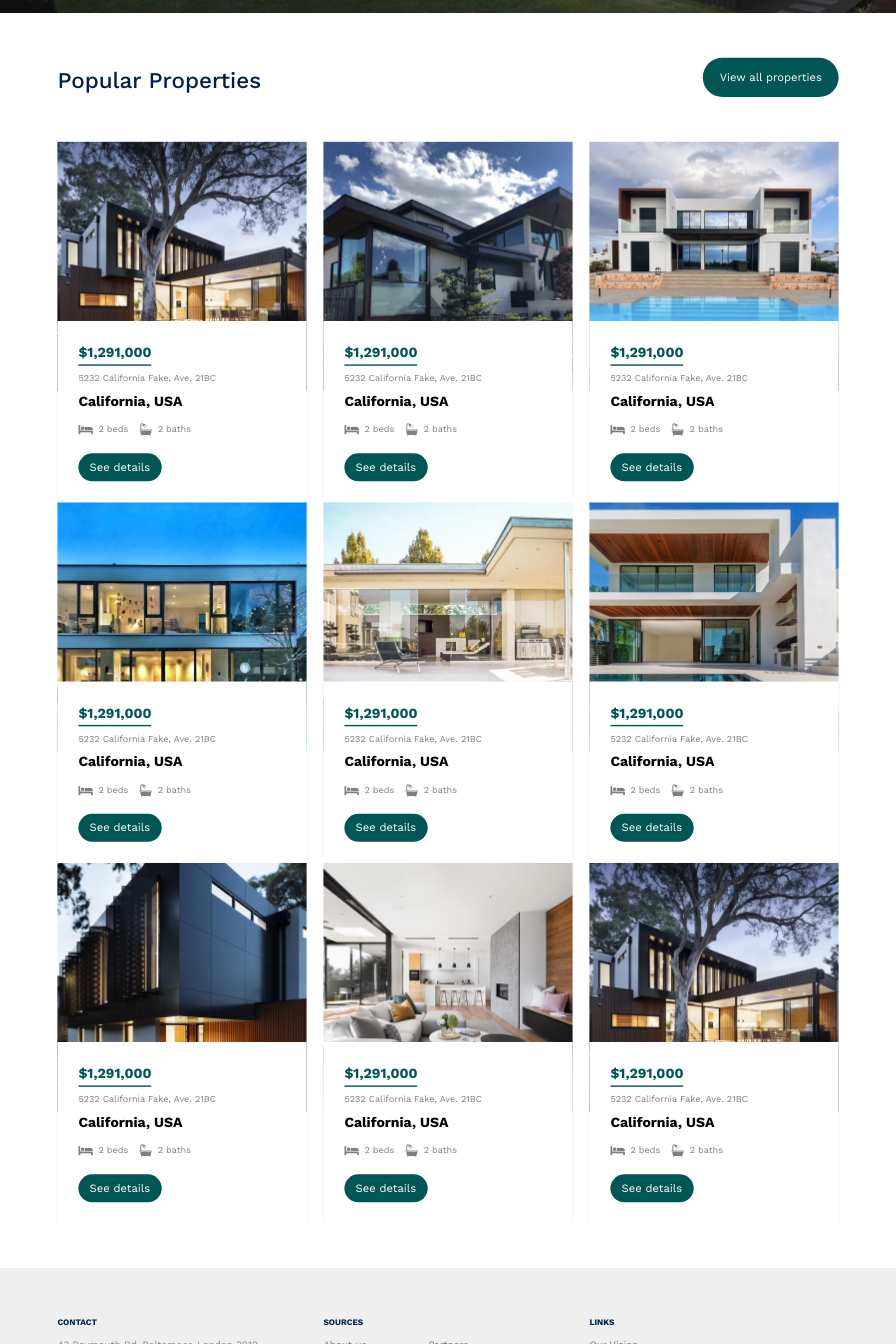
Repository: Farhan0021/Rentalproject
Page: / (app in front/)
The author's editor kept a copy of each file at every save. The page is drawn from the files as they stood at one save, then again after the next save.
The browser window is 1280 px wide. The pictures show the part of the page from y = 1421 to 3341 px (the page is 3710 px tall), at 70% of full size.
The page's requests for data from a server got no answer. The project was rebuilt for these pictures with package versions that can differ from the ones it lists, and the page was loaded fresh each time. No one was signed in, and anything a server would have sent is missing. Also part of the build but not shown: front/vite.config.js, front/src/schema/LoginSchema.js, front/src/pages/seekers/Login.jsx, front/src/schema/SeekerSignupSchema.jsx, front/src/pages/seekers/Signup.jsx, front/src/pages/owner/Login.jsx, front/src/schema/OwnerSignupSchema.jsx, front/src/pages/owner/Signup.jsx and 10 more.

Above is the page before, as saved 2025-05-14 12:16:48.

### front/index.html
<!doctype html>
<html lang="en">
  <head>
    <meta charset="UTF-8" />
    <link rel="icon" type="image/svg+xml" href="/vite.svg" />
    <meta name="viewport" content="width=device-width, initial-scale=1.0" />
    <title>Vite + React</title>
    <link rel="preconnect" href="https://fonts.googleapis.com" />
    <link rel="preconnect" href="https://fonts.gstatic.com" crossorigin />
    <link
      href="https://fonts.googleapis.com/css2?family=Work+Sans:wght@400;500;600;700&display=swap"
      rel="stylesheet"
    />

    <link rel="stylesheet" href="https://cdnjs.cloudflare.com/ajax/libs/font-awesome/4.7.0/css/font-awesome.css" integrity="sha512-5A8nwdMOWrSz20fDsjczgUidUBR8liPYU+WymTZP1lmY9G6Oc7HlZv156XqnsgNUzTyMefFTcsFH/tnJE/+xBg==" crossorigin="anonymous" referrerpolicy="no-referrer" />

    <link rel="stylesheet" href="/Assets/fonts/icomoon/style.css" />
    <link rel="stylesheet" href="/Assets/fonts/flaticon/font/flaticon.css" />

    <link rel="stylesheet" href="/Assets/css/tiny-slider.css" />
    <link rel="stylesheet" href="/Assets/css/aos.css" />
    <link rel="stylesheet" href="/Assets/css/style.css" />

    <link rel="stylesheet" href="https://cdnjs.cloudflare.com/ajax/libs/font-awesome/6.7.2/css/all.min.css" integrity="sha512-Evv84Mr4kqVGRNSgIGL/F/aIDqQb7xQ2vcrdIwxfjThSH8CSR7PBEakCr51Ck+w+/U6swU2Im1vVX0SVk9ABhg==" crossorigin="anonymous" referrerpolicy="no-referrer" />


  </head>
  <body>
    <div id="root"></div>
    <script type="module" src="/src/main.jsx"></script>

    <script src="/Assets/js/bootstrap.bundle.min.js"></script>
    <script src="/Assets/js/tiny-slider.js"></script>
    <script src="/Assets/js/aos.js"></script>
    <script src="/Assets/js/navbar.js"></script>
    <script src="/Assets/js/counter.js"></script>
    <script src="/Assets/js/custom.js"></script>
  </body>
  </body>
</html>

### front/src/main.jsx
import { StrictMode } from 'react'
import { createRoot } from 'react-dom/client'
import App from './App'
import { BrowserRouter } from 'react-router-dom'


createRoot(document.getElementById('root')).render(
  <StrictMode>
    <BrowserRouter>
    <App />
    </BrowserRouter>
  </StrictMode>,
)

### front/src/App.jsx
import React from 'react'
import HeaderNew from './components/HeaderNew'
import Slider from './components/Slider'
import Footer from './components/Footer'
import AllRoutes from './routes/AllRoutes'

const App = () => {
  return (
    <>

    {/* <Header/> */}
    <HeaderNew/>
    <Slider/>
    <AllRoutes/>
    <Footer/>

     </>
  )
}

export default App

### front/src/components/Slider.jsx
import React from 'react'

const Slider = () => {
    return (
        <div className="hero">
        <div className="hero-slide">
          <div
            className="img overlay"
            style={{backgroundImage: "url('/Assets/images/hero_bg_3.jpg')"}}
          ></div>

        </div>

        <div className="container">
          <div className="row justify-content-center align-items-center">
            <div className="col-lg-9 text-center">
              <h1 className="heading" data-aos="fade-up">
                Easiest way to find your dream home
              </h1>
              <form
                action="#"
                className="narrow-w form-search d-flex align-items-stretch mb-3"
                data-aos="fade-up"
                data-aos-delay="200"
              >
                <input
                  type="text"
                  className="form-control px-4"
                  placeholder="Your ZIP code or City. e.g. New York"
                />
                <button type="submit" className="btn btn-primary">Search</button>
              </form>
            </div>
          </div>
        </div>
      </div>

    )
}
export default Slider

### front/src/routes/AllRoutes.jsx
import React from 'react'
import { Routes, Route } from 'react-router-dom'
import {
    Home,
SeekerLogin,
SeekerSignup,
OwnerLogin,
OwnerSignup,
Details,
SeekerLogout,
OwnerLogout
} from '../pages'
import Myprofile from '../pages/seekers/MyProfile'
import SeekerProtactedRoutes from './SeekerProtactedRoutes'
import OwnerProtactedRoutes from './OwnerProtactedRoutes'
import MyAccount from '../pages/owner/MyAccount'
import AddNew from '../pages/owner/AddNew'
const AllRoutes = () => {
    return(
        <>
        <Routes>
            <Route path='' element= { <Home/>}/>
            <Route path='details' element={<Details/>}/>
            <Route path='seeker/login' element={<SeekerLogin/>}/>
            <Route path='' element={<SeekerProtactedRoutes/>}>

            <Route path='seeker/my-profile' element={<Myprofile/>}/>
            <Route path='seeker/logout' element={<SeekerLogout/>}/>

            </Route>

            <Route path='seeker/Signup' element={<SeekerSignup/>}/>

            <Route path='owner/Login' element={<OwnerLogin/>}/>
            <Route path='owner/Signup' element={<OwnerSignup/>}/>

            <Route path='' element={<OwnerProtactedRoutes/>}>

            <Route path='owner/add-new-property' element={<AddNew/>}/>

            <Route path='owner/my-account' element={<MyAccount/>}/>
            <Route path='owner/logout' element={<OwnerLogout/>}/>
            </Route>


        </Routes>

     </>

    )
}
export default AllRoutes

### front/src/pages/index.jsx
import Home from "./Home";
import SeekerLogin from "./seekers/Login"
import SeekerSignup from "./seekers/Signup";
import OwnerLogin from "./owner/Login"
import OwnerSignup from "./owner/Signup"
import Details from "./Details";
import SeekerLogout from "./seekers/Logout";
import OwnerLogout from './owner/Logout'

export {Home,
    Details,
    OwnerLogout,
    SeekerLogout,
    SeekerLogin,
    SeekerSignup,
    OwnerLogin,
    OwnerSignup
};

### front/src/pages/Home.jsx
import React, { useEffect} from 'react'
import axios from 'axios'
import { NavLink } from 'react-router-dom'
import Slider from '../components/Slider'
import { useState } from 'react'

const Home = () => {

  let [allProp, setAllProp] = useState([])
  useEffect(()=>{
    axios.get(`${import.meta.env.VITE_API_URL}/property`)
    .then(response=>{
      setAllProp(response.data);
    })
  },[])

    return (
      <>
      <Slider />
        <div className="section">
        <div className="container">
          <div className="row mb-5 align-items-center">
            <div className="col-lg-6">
              <h2 className="font-weight-bold text-primary heading">
                Popular Properties
              </h2>
            </div>
            <div className="col-lg-6 text-lg-end">
              <p>
                <a
                  href="#"
                  target="_blank"
                  className="btn btn-primary text-white py-3 px-4"
                  >View all properties</a
                >
              </p>
            </div>
          </div>
          <div className="row">
            <div className="col-12">
              <div className="property-slider-wrap">
                <div className="property-slider row ">

                  <div className="property-item col-md-4">
                    <a href="property-single.html" className="img">
                      <img src="/Assets/images/img_1.jpg" alt="Image" className="img-fluid" />
                    </a>

                    <div className="property-content">
                      <div className="price mb-2"><span>$1,291,000</span></div>
                      <div>
                        <span className="d-block mb-2 text-black-50"
                          >5232 California Fake, Ave. 21BC</span
                        >
                        <span className="city d-block mb-3">California, USA</span>

                        <div className="specs d-flex mb-4">
                          <span className="d-block d-flex align-items-center me-3">
                            <span className="icon-bed me-2"></span>
                            <span className="caption">2 beds</span>
                          </span>
                          <span className="d-block d-flex align-items-center">
                            <span className="icon-bath me-2"></span>
                            <span className="caption">2 baths</span>
                          </span>
                        </div>

                        <a
                          href="property-single.html"
                          className="btn btn-primary py-2 px-3"
                          >See details</a
                        >
                      </div>
                    </div>
                  </div>


                  <div className="property-item col-md-4">
                    <a href="property-single.html" className="img">
                      <img src="/Assets/images/img_2.jpg" alt="Image" className="img-fluid" />
                    </a>

                    <div className="property-content">
                      <div className="price mb-2"><span>$1,291,000</span></div>
                      <div>
                        <span className="d-block mb-2 text-black-50"
                          >5232 California Fake, Ave. 21BC</span
                        >
                        <span className="city d-block mb-3">California, USA</span>

                        <div className="specs d-flex mb-4">
                          <span className="d-block d-flex align-items-center me-3">
                            <span className="icon-bed me-2"></span>
                            <span className="caption">2 beds</span>
                          </span>
                          <span className="d-block d-flex align-items-center">
                            <span className="icon-bath me-2"></span>
                            <span className="caption">2 baths</span>
                          </span>
                        </div>

                        <a
                          href="property-single.html"
                          className="btn btn-primary py-2 px-3"
                          >See details</a
                        >
                      </div>
                    </div>
                  </div>


                  <div className="property-item col-md-4">
                    <a href="property-single.html" className="img">
                      <img src="/Assets/images/img_3.jpg" alt="Image" className="img-fluid" />
                    </a>

                    <div className="property-content">
                      <div className="price mb-2"><span>$1,291,000</span></div>
                      <div>
                        <span className="d-block mb-2 text-black-50"
                          >5232 California Fake, Ave. 21BC</span
                        >
                        <span className="city d-block mb-3">California, USA</span>

                        <div className="specs d-flex mb-4">
                          <span className="d-block d-flex align-items-center me-3">
                            <span className="icon-bed me-2"></span>
                            <span className="caption">2 beds</span>
                          </span>
                          <span className="d-block d-flex align-items-center">
                            <span className="icon-bath me-2"></span>
                            <span className="caption">2 baths</span>
                          </span>
                        </div>

                        <a
                          href="property-single.html"
                          className="btn btn-primary py-2 px-3"
                          >See details</a
                        >
                      </div>
                    </div>
                  </div>


                  <div className="property-item col-md-4">
                    <a href="property-single.html" className="img">
                      <img src="/Assets/images/img_4.jpg" alt="Image" className="img-fluid" />
                    </a>

                    <div className="property-content">
                      <div className="price mb-2"><span>$1,291,000</span></div>
                      <div>
                        <span className="d-block mb-2 text-black-50"
                          >5232 California Fake, Ave. 21BC</span
                        >
                        <span className="city d-block mb-3">California, USA</span>

                        <div className="specs d-flex mb-4">
                          <span className="d-block d-flex align-items-center me-3">
                            <span className="icon-bed me-2"></span>
                            <span className="caption">2 beds</span>
                          </span>
                          <span className="d-block d-flex align-items-center">
                            <span className="icon-bath me-2"></span>
                            <span className="caption">2 baths</span>
                          </span>
                        </div>

                        <a
                          href="property-single.html"
                          className="btn btn-primary py-2 px-3"
                          >See details</a
                        >
                      </div>
                    </div>
                  </div>


                  <div className="property-item col-md-4">
                    <a href="property-single.html" className="img">
                      <img src="/Assets/images/img_5.jpg" alt="Image" className="img-fluid" />
                    </a>

                    <div className="property-content">
                      <div className="price mb-2"><span>$1,291,000</span></div>
                      <div>
                        <span className="d-block mb-2 text-black-50"
                          >5232 California Fake, Ave. 21BC</span
                        >
                        <span className="city d-block mb-3">California, USA</span>

                        <div className="specs d-flex mb-4">
                          <span className="d-block d-flex align-items-center me-3">
                            <span className="icon-bed me-2"></span>
                            <span className="caption">2 beds</span>
                          </span>
                          <span className="d-block d-flex align-items-center">
                            <span className="icon-bath me-2"></span>
                            <span className="caption">2 baths</span>
                          </span>
                        </div>

                        <a
                          href="property-single.html"
                          className="btn btn-primary py-2 px-3"
                          >See details</a
                        >
                      </div>
                    </div>
                  </div>


                  <div className="property-item col-md-4">
                    <a href="property-single.html" className="img">
                      <img src="/Assets/images/img_6.jpg" alt="Image" className="img-fluid" />
                    </a>

                    <div className="property-content">
                      <div className="price mb-2"><span>$1,291,000</span></div>
                      <div>
                        <span className="d-block mb-2 text-black-50"
                          >5232 California Fake, Ave. 21BC</span
                        >
                        <span className="city d-block mb-3">California, USA</span>

                        <div className="specs d-flex mb-4">
                          <span className="d-block d-flex align-items-center me-3">
                            <span className="icon-bed me-2"></span>
                            <span className="caption">2 beds</span>
                          </span>
                          <span className="d-block d-flex align-items-center">
                            <span className="icon-bath me-2"></span>
                            <span className="caption">2 baths</span>
                          </span>
                        </div>

                        <a
                          href="property-single.html"
                          className="btn btn-primary py-2 px-3"
                          >See details</a
                        >
                      </div>
                    </div>
                  </div>


                  <div className="property-item col-md-4">
                    <a href="property-single.html" className="img">
                      <img src="/Assets/images/img_7.jpg" alt="Image" className="img-fluid" />
                    </a>

                    <div className="property-content">
                      <div className="price mb-2"><span>$1,291,000</span></div>
                      <div>
                        <span className="d-block mb-2 text-black-50"
                          >5232 California Fake, Ave. 21BC</span
                        >
                        <span className="city d-block mb-3">California, USA</span>

                        <div className="specs d-flex mb-4">
                          <span className="d-block d-flex align-items-center me-3">
                            <span className="icon-bed me-2"></span>
                            <span className="caption">2 beds</span>
                          </span>
                          <span className="d-block d-flex align-items-center">
                            <span className="icon-bath me-2"></span>
                            <span className="caption">2 baths</span>
                          </span>
                        </div>

                        <a
                          href="property-single.html"
                          className="btn btn-primary py-2 px-3"
                          >See details</a
                        >
                      </div>
                    </div>
                  </div>


                  <div className="property-item col-md-4">
                    <a href="property-single.html" className="img">
                      <img src="/Assets/images/img_8.jpg" alt="Image" className="img-fluid" />
                    </a>

                    <div className="property-content">
                      <div className="price mb-2"><span>$1,291,000</span></div>
                      <div>
                        <span className="d-block mb-2 text-black-50"
                          >5232 California Fake, Ave. 21BC</span
                        >
                        <span className="city d-block mb-3">California, USA</span>

                        <div className="specs d-flex mb-4">
                          <span className="d-block d-flex align-items-center me-3">
                            <span className="icon-bed me-2"></span>
                            <span className="caption">2 beds</span>
                          </span>
                          <span className="d-block d-flex align-items-center">
                            <span className="icon-bath me-2"></span>
                            <span className="caption">2 baths</span>
                          </span>
                        </div>

                        <a
                          href="property-single.html"
                          className="btn btn-primary py-2 px-3"
                          >See details</a
                        >
                      </div>
                    </div>
                  </div>


                  <div className="property-item col-md-4 ">
                    <a href="property-single.html" className="img">
                      <img src="/Assets/images/img_1.jpg" alt="Image" className="img-fluid" />
                    </a>

                    <div className="property-content">
                      <div className="price mb-2"><span>$1,291,000</span></div>
                      <div>
                        <span className="d-block mb-2 text-black-50"
                          >5232 California Fake, Ave. 21BC</span
                        >
                        <span className="city d-block mb-3">California, USA</span>

                        <div className="specs d-flex mb-4">
                          <span className="d-block d-flex align-items-center me-3">
                            <span className="icon-bed me-2"></span>
                            <span className="caption">2 beds</span>
                          </span>
                          <span className="d-block d-flex align-items-center">
                            <span className="icon-bath me-2"></span>
                            <span className="caption">2 baths</span>
                          </span>
                        </div>

                        <a
                          href="property-single.html"
                          className="btn btn-primary py-2 px-3"
                          >See details</a
                        >
                      </div>
                    </div>
                  </div>

                </div>

                <div
                  id="property-nav"
                  className="controls"
                  tabindex="0"
                  aria-label="Carousel Navigation"
                >

                </div>
              </div>
            </div>
          </div>
        </div>
      </div>
      </>

    )
}
export default Home

Loaded but not shown: front/public/Assets/fonts/icomoon/style.css (common file); front/public/Assets/fonts/flaticon/font/flaticon.css (common file); front/public/Assets/css/aos.css (library); front/public/Assets/css/style.css (library); front/public/Assets/js/bootstrap.bundle.min.js (library); front/public/Assets/js/aos.js (library); front/public/Assets/js/tiny-slider.js (3208 lines, source omitted); front/public/Assets/js/navbar.js (90 lines, source omitted); front/public/Assets/js/counter.js (88 lines, source omitted); front/public/Assets/js/custom.js (125 lines, source omitted); front/src/components/Footer.jsx (107 lines, source omitted); front/src/components/HeaderNew.jsx (78 lines, source omitted); front/public/Assets/css/tiny-slider.css (1 lines, source omitted)

After the next save:
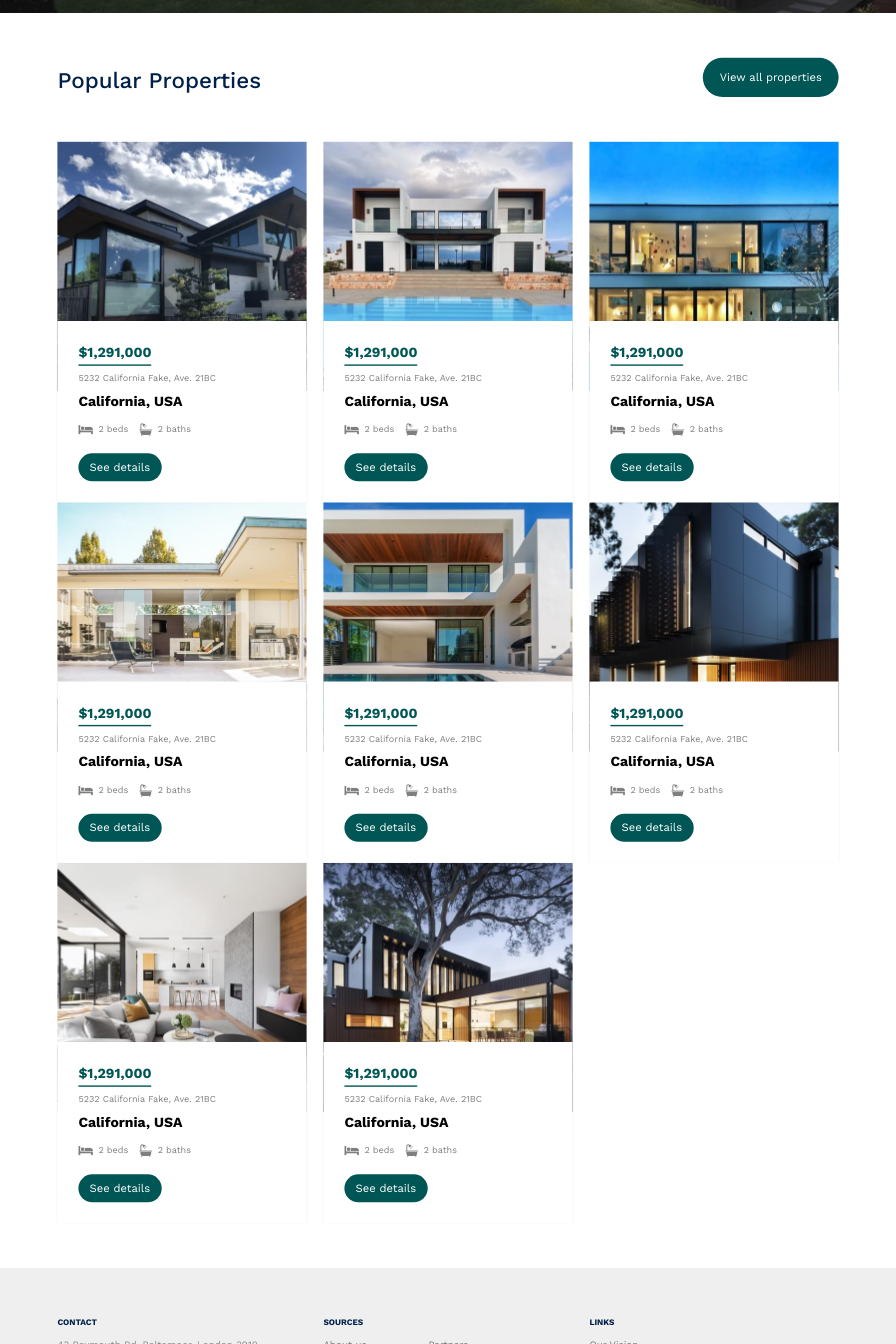
Saved 3 min 9 s later.
--- a/front/src/pages/Home.jsx
+++ b/front/src/pages/Home.jsx
@@ -41,7 +41,10 @@ const Home = () => {
               <div className="property-slider-wrap">
                 <div className="property-slider row ">
 
-                  <div className="property-item col-md-4">
+                  {
+                    allProp.map((item, index)=>{
+                      return(
+                         <div className="property-item col-md-4">
                     <a href="property-single.html" className="img">
                       <img src="/Assets/images/img_1.jpg" alt="Image" className="img-fluid" />
                     </a>
@@ -73,6 +76,11 @@ const Home = () => {
                       </div>
                     </div>
                   </div>
+                      )
+                    })
+                  }
+
+
 
 
                   <div className="property-item col-md-4">
